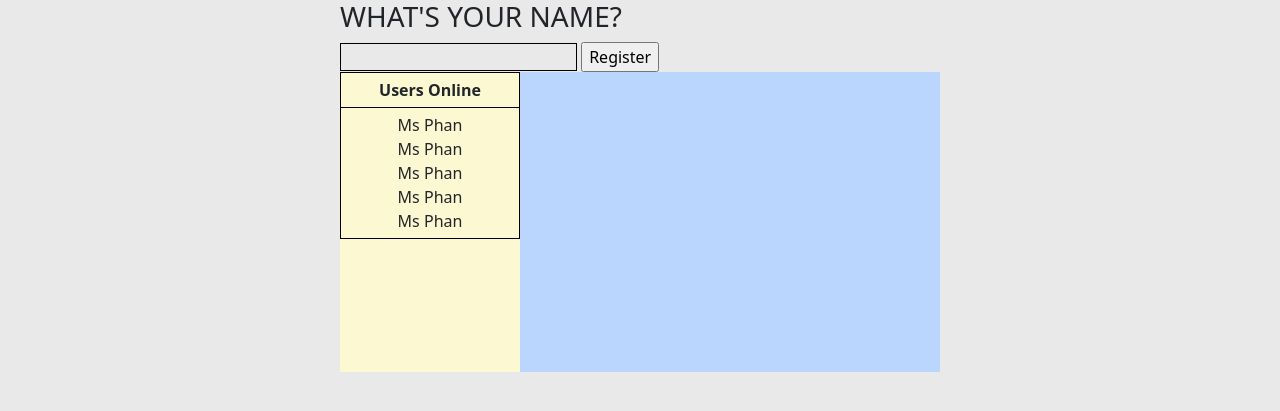
Repository: haimy125/demo_chat
Page: http://localhost/
An editor plug-in stored every save of this project. The page is shown before and after the next save, followed by the edit.
The browser window is 1280 px wide. The pictures show the whole page.
The page is served by the project's Node server (DEMO_CHAT_SOCKETIO/SERVER.js).

Above is the page before, as saved 2021-08-29 15:35:21.

After the next save:
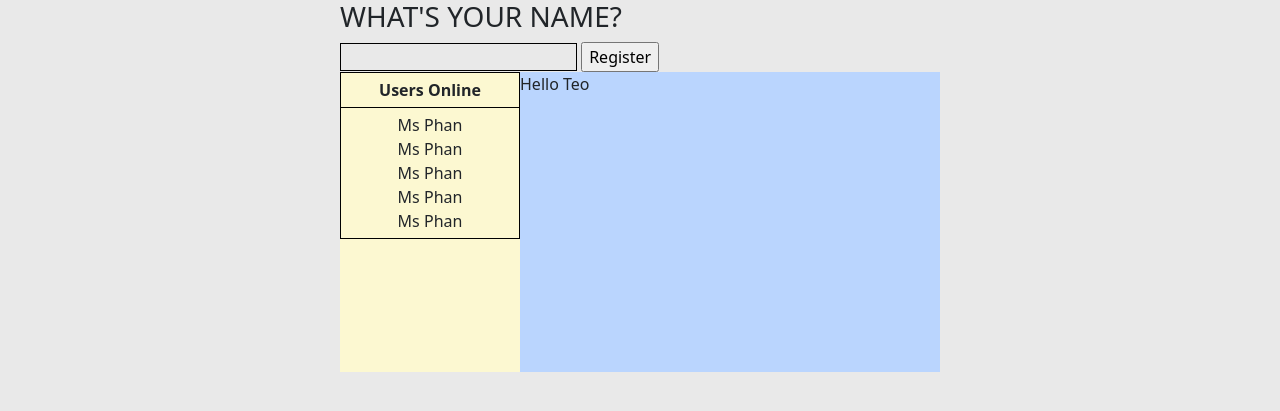
Saved 89 s later.
--- a/DEMO_CHAT_SOCKETIO/views/trangchu.ejs
+++ b/DEMO_CHAT_SOCKETIO/views/trangchu.ejs
@@ -37,7 +37,7 @@
                     </div>
                 </div>
                 <div id="right">
-
+                    <div id="sayHi">Hello <span id="currentUser">Teo</span></div>
                 </div>
             </div>
         </div>
